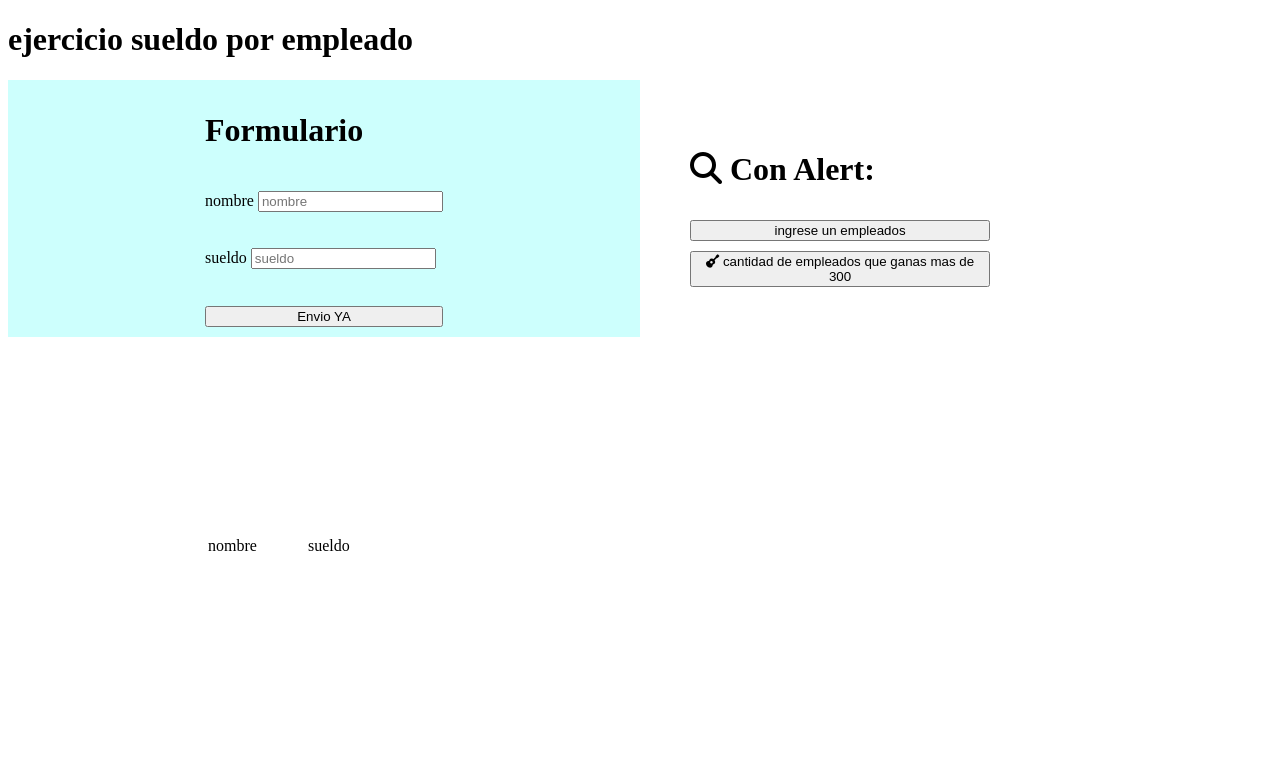
Repository: wolfmarcos/Ej-FormSesionEmpleados
Page: index.html
An editor plug-in stored every save of this project. The page is shown before and after a run of saves, followed by the edit.
The browser window is 1280 px wide. The pictures show the whole page.
Some web libraries are served in a nearby version.

Above is the page before, as saved 2022-07-31 04:22:48.

After the next 2 saves:
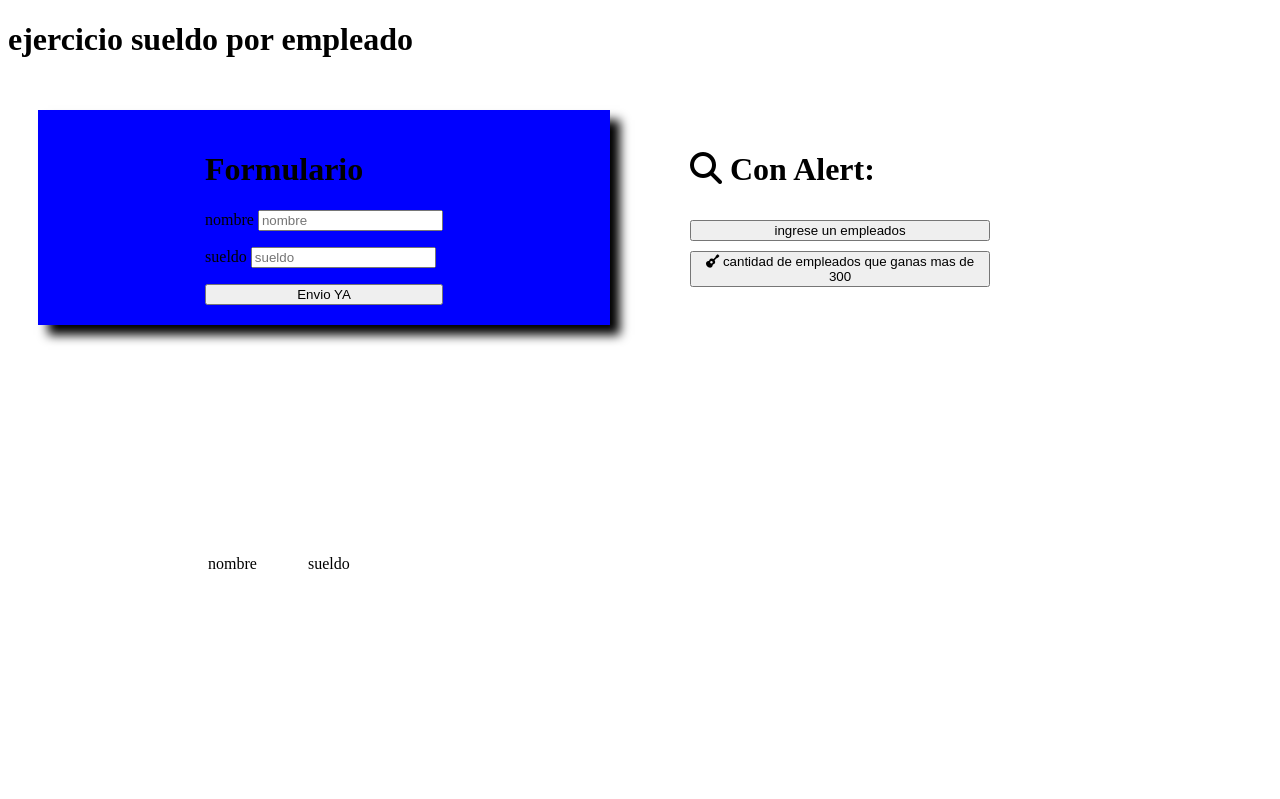
The 2 saves are shown as one change because they came seconds apart.
The last was saved 18 s later.
--- a/ej1.css
+++ b/ej1.css
@@ -37,7 +37,7 @@
 }
  /* .d.h.nota{visibility: hidden;} */
 /* .b.borde{border-bottom: solid 5px brown;} */
-.forms.ha{
+.forms{
   background-color: blue;
   padding: 20px;
   margin: 30px;

After the 3 saves that followed:
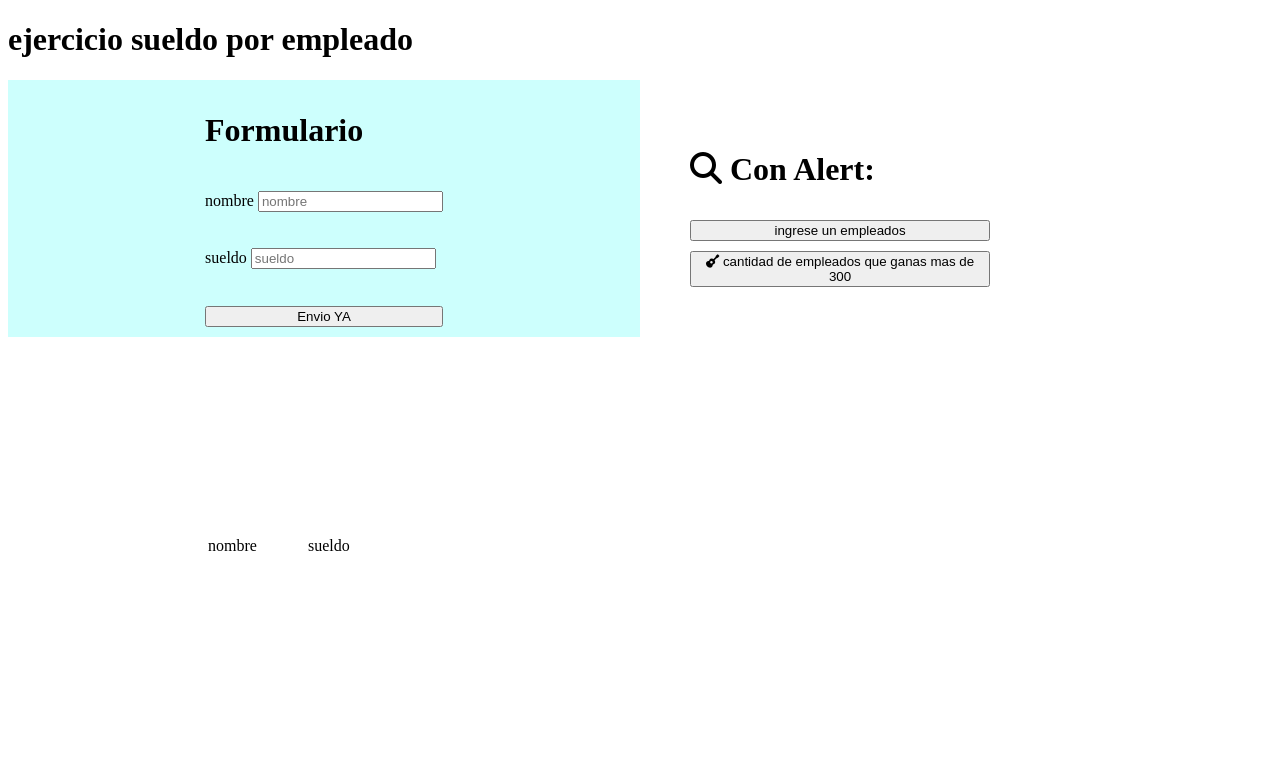
The 3 saves are shown as one change because 1 left the picture as it was and some came seconds apart.
The last was saved 15 s later.
--- a/ej1.css
+++ b/ej1.css
@@ -37,7 +37,7 @@
 }
  /* .d.h.nota{visibility: hidden;} */
 /* .b.borde{border-bottom: solid 5px brown;} */
-.forms{
+.forms.h{
   background-color: blue;
   padding: 20px;
   margin: 30px;
